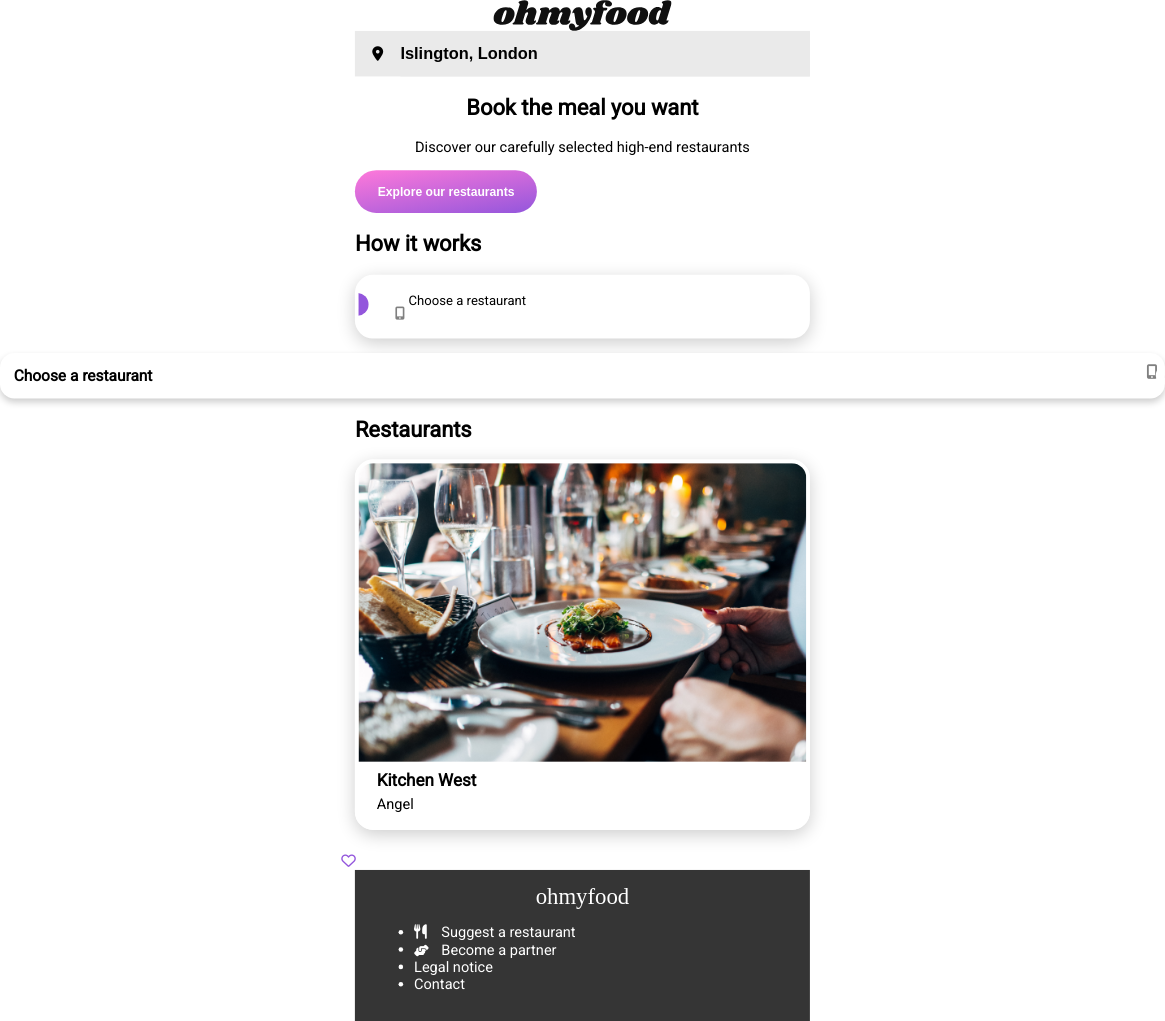
Repository: R1ptou/Project-3
Page: index.html
The author's editor kept a copy of each file at every save. The page is drawn from the files as they stood at one save, then again after the next save.
The browser window is 1280 px wide. The pictures show the whole page, at 91% of full size.
Some web fonts or font styles are not loaded; a fallback is used. The style sheet was rebuilt from its Sass, Less or Tailwind sources for each picture, by a compiler version that may differ from the author's.

Above is the page before, as saved 2024-03-24 19:52:26.

### index.html
<!DOCTYPE html>
<html lang="en">
<head>
    <meta charset="UTF-8">
    <meta name="viewport" content="width=device-width, initial-scale=1.0">
    <title>ohmyfood</title>
    <link rel="preconnect" href="https://fonts.googleapis.com">
    <link rel="preconnect" href="https://fonts.googleapis.com">
    <link rel="preconnect" href="https://fonts.gstatic.com" crossorigin>
    <link href="https://fonts.googleapis.com/css2?family=Roboto&family=Shrikhand&display=swap" rel="stylesheet">
    <link rel="stylesheet" href="https://cdnjs.cloudflare.com/ajax/libs/font-awesome/6.2.1/css/all.min.css"
        integrity="sha512-MV7K8+y+gLIBoVD59lQIYicR65iaqukzvf/nwasF0nqhPay5w/9lJmVM2hMDcnK1OnMGCdVK+iQrJ7lzPJQd1w=="
        crossorigin="anonymous" referrerpolicy="no-referrer">
    <link rel="stylesheet" href="./css/style.css">
</head>
<body>
<!-- Nav -->
    <div class="container">
        <div class="logo"> <!-- Logo -->
            <img  src="./Images%20and%20text%20Ohmyfood/images/logo/ohmyfood@2x.svg" alt="ohmyfood logo" >
        </div>
            <form class="search-bar"> <!-- Search bar -->
                <div class="icon-search"><i class="text-black fa-solid fa-location-dot"></i></div>
                <input class="input-search" value="Islington, London" type="text">
            </form>
        <div> <!-- Headline -->
            <h2 class="headline"><strong>Book the meal you want</strong></h2>
            <p class="headline">Discover our carefully selected high-end restaurants</p>
        </div>
            <button type="submit" class="button-search">Explore our restaurants</button> <!-- Submit button -->
    </div>

<!-- How it works -->
    <main>
        <section class="container">
            <h2>How it works</h2>
            <ol class="list-group numbered card card-rest">
                <li class="list-item">
                    <span class="icon-no">1</span>
                    <span class="icon-pic fa-solid fa-mobile-screen-button"></span>
                    <span class="card-text">Choose a restaurant</span>
                </li>
            </ol>
        </section>

        <div class="menu-item menu-item-1">
            <div class="menu-item__body">
                <h4 class="menu-item__heading">Choose a restaurant</h4>

            </div>
            <div class="menu-item__price icon-pic fa-solid fa-mobile-screen-button"></div>
            <div class="menu-item__checkmark">
                <i class="fas fa-check-circle fa-lg menu-item__checkmark-icon"></i>
            </div>
        </div>

<!-- Restaurants -->
        <section class="container">
            <h2>Restaurants</h2>

            <a href="#" class="card-rest">
                <img class="card-img" src="./Images%20and%20text%20Ohmyfood/images/restaurants/jay-wennington-N_Y88TWmGwA-unsplash.jpg" alt="">
                      <div class="card-content">
                        <h3 class="card-title">Kitchen West</h3>
                        <p class="card-subtitle">Angel</p>
                      </div>
            </a>
            <div class="heart">
                <span class="fa-solid fa-heart heart-icon heart-full"></span>
                <span class="fa-regular fa-heart heart-icon heart-empty"></span>

            </div>

        </section>

<!-- Header -->
<!-- Footer -->
<footer class="footer container">
    <div class="logo"> <!-- Logo -->
        <a href class="#top footer-logo" title="Back to top of the page" alt="Back to top of the page">ohmyfood</a>
     </div>
     <ul class="list">
        <li><a href="#"><span class="fa-solid fa-utensils footer-ico"></span>Suggest a restaurant</a></li>
        <li><a href="#"><i class="fa-solid fa-handshake-angle footer-ico ico-resize"></i>Become a partner</a></li>
        <li><a href="#">Legal notice</a></li>
        <li><a href="mailto:project3@ohmyfood.com" title="Email Us" alt="Email Us">Contact</a></li>
      </ul>
  </footer>
    </main>
</body>
</html>

### scss/style.scss
/****** General ***********/

@import "variables";
@import "base";
@import "list-group";
@import "card";
@import "button";

.container {
    max-width: 500px;
    margin: auto;
}


/****** Nav ***********/

/****** Logo ***********/

.logo {
    display: flex;
    justify-content: center;
}
/****** Search bar ***********/

.search-bar {
    display: flex;
    justify-content: center;
    background-color: $septenary-color;
}

.icon-search {
    display: flex;
    justify-content: center;
    align-items: center;
    width: 50px;
    height: 50px;
    flex-shrink: 0;
}

.input-search {
    display: flex;
    border-width: 0;
    border-style: none;
    width: 100%;
    padding: 0;
    font-weight: bold;
    font-size: 18px;
    background-color: $septenary-color;
    caret-color: $tertiary-color;
}
.input-search:focus {
    outline: none;
}

/****** Headline ***********/
.headline {
    display: flex;
    justify-content: center;
}

/****** How it works ***********/

.icon-pic {
    display: relative;
    background: none;
    color: grey;
    width: 20px;
    height: 20px;
    padding: 15px;
    flex-shrink: 0;
}

.icon-pic:hover {
    color: $primary-color;
}

.icon-no {
    position: absolute;
    margin:0 -39px;
    background: $primary-color;
    border-radius: 50%;
    border: none;
    font-size: 0.9rem;
    color: #fff;
    text-align: center;
    width: 25px;
    height: 25px;
    padding: 5px;
    flex-shrink: 0;
}

.menu-item {
	background: white;
	border-radius: 16px;
	box-shadow: 0 4px 8px 0 rgba(0,0,0,0.2);
	position: relative;
	overflow: hidden;
	cursor: pointer;
	display: flex;

	.menu-item__price {
		display: flex;
		align-items: center;
		padding: 20px;
	}

	&:hover {
		.menu-item__checkmark {
			width: 75px;
		}
		.menu-item__checkmark-icon {
			-webkit-transform: rotate(0deg);
			transform: rotate(0deg);
		}
	}

	.menu-item__body {
		width: 100%;
		padding: 15px;
		overflow: hidden;
		display: flex;
		flex-direction: column;

		.menu-item__content, .menu-item__heading {
			margin: 0;
			font-size: 15px;
			text-overflow: ellipsis;
			overflow: hidden;
			white-space: nowrap;
		}

		.menu-item__heading{
			font-size: 17px;
		}
	}

	.menu-item__checkmark {
		width: 0;
		background: blue;
		transition: width 1s;
		right: 0;
		top: 0;
		bottom: 0;
		flex-shrink: 0;
		display: flex;
		justify-content: center;
		align-items: center;
	}

	.menu-item__checkmark-icon {

		transition: transform 1s;
		color: white;
	}
}


/****** Restaurants ***********/

.heart {
    position: relative;
    display:inline-block;
    height: 24px;
    width: 24px;
    top: 10px;
    right: 15px;
}

.heart-icon {
    position: absolute;
    display: inline-block;
    height: 24px;
    width: 24px;
    color: $primary-color;
}

.heart-empty {
    transition: opacity 1s;
    opacity: 1;
}

.heart-full {
    transition: opacity 1s;
    opacity: 0;
    background-image: $gradient;
    background-clip: text;
    -webkit-background-clip: text;
    color: transparent;
}

.heart:hover .heart-full {
    opacity: 1;
}

.heart:hover .heart-empty {
    opacity: 0;
}

/****** Starters ***********/


/****** Mains ***********/


/****** Deserts ***********/


/****** Button ***********/

.btn {
    background-color: $primary-color;
}

/****** Label ***********/


/****** Icon ***********/


/****** Footer ***********/

.footer {
    background-color: $octonary-color;
    color: #fff;
    padding: 15px 25px;
}

.footer-logo {
    color: #fff;
    font-family: $primary-serif;
    font-size: 25px;
    margin: 0;
}

.footer a {
    color: #fff;
}

.footer-ico {
    width: 30px;
}

.ico-resize {
    font-size: 13px;
}

### scss/_variables.scss
    $primary-color: #9356DC; // button, badge, icon hover
    $secondary-color: #FF79DA; // button gradient
    $tertiary-color: #99E2D0; // element hue
    $quaternary-color: #008766; // badge font
    $quinary-color: #7E7E7E; // icons
    $senary-color: #F6F6F6; // background hue (off-white)
    $septenary-color: #EAEAEA; // form field background
    $octonary-color: #353535; // footer background

    $gradient: linear-gradient(-10deg, #9356DC, #FF79DA);
    $gradient-hover: linear-gradient(120deg, #9356DC, #FF79DA);

    $primary-sans-serif: "Roboto", sans-serif;
    $primary-serif: "Shrikhand", serif;

### scss/_base.scss
body {
    margin: 0;
    padding: 0;
    color: #000;
    font-family: $primary-sans-serif;
    }

::selection {
    color: #000;
    background: $tertiary-color;
    }

a {
    text-decoration: none;
    }

a, a:visited {
    color: inherit;
    }

a:hover, a:focus {
    color: $tertiary-color;
}

* {
    box-sizing: border-box;
    -moz-box-sizing: border-box;
    -webkit-box-sizing: border-box;
    }

*:focus {
    outline: $tertiary-color solid 2px;
}

*:visited {}

html {
    scroll-behavior: smooth;
  }

a[title]:hover::after {
    opacity: 1;
    transition: all 0.1s ease 0.3s;
    visibility: visible;
}

a[title]:after {
    content: attr(title);
    color: $tertiary-color;
    position: absolute;
    top: 10px;
    left: 105%;
    z-index: 100;
    white-space: nowrap;
    border: solid 1px;
    padding: 5px;
    font-family: $primary-sans-serif;
    font-size: 0.7rem;
    opacity: 0;
    visibility: hidden;
}
[title] {
    position: relative;
}

### scss/_list-group.scss
.numbered {
    list-style-type: none;
    counter-reset: section;
}

.list-group {
    list-style-type: none;
    padding: 0;
    display: flex;
    flex-direction: column;
    justify-content: space-between;
    align-items: start;
}
.list-item {
    display: flex;
    justify-content: space-between;
    align-items: flex-start;
    position: relative;
    box-sizing: border-box;
    list-style-type: none;
    text-decoration: none;
}

### scss/_card.scss
.card-group {
    display: flex;
    flex-wrap: wrap;
    padding: 16px 25px;
}

.card {
    display: flex;
    flex-direction: row;
    padding: 16px 25px;
    background: #fff;
    border-radius: 25px;
    box-shadow: 1px 3px 6px 0px rgba(0, 0, 255, .2);
    font: 0.9rem "Roboto", sans-serif;
    color: #000;
}

/****** Restaurants ***********/



.card-rest {
    margin-bottom: 1rem;
    display: flex;
    flex-direction: column;
    background-color: var(#F6F6F6);
    box-shadow: 0 5px 20px rgba(0,0,0,0.2);
    border-radius: 20px;
    overflow: hidden;
    border: 4px solid #fff;
}

.card-img {
    object-fit: cover;
    width: 100%;
}

.card-content {
    padding: 10px 20px;
}

.card-title {
    margin: 0;
}

.card-subtitle {
    margin: 5px 0;
}

### scss/_button.scss
/****** Submit button ***********/


.button-search{
    padding: 16px 25px;
    color: #fff;
    font-weight: bold;
    background: $gradient;
    border-radius: 25px;
    border: none;
    justify-content: center;
    //transition: all 0.5s ease-out;
}

.button-search:hover,
.button-search:focus {
    background: $gradient-hover;
    outline: none;
    cursor: pointer;
    content:"";
    left: 120%;
}

After the next save:
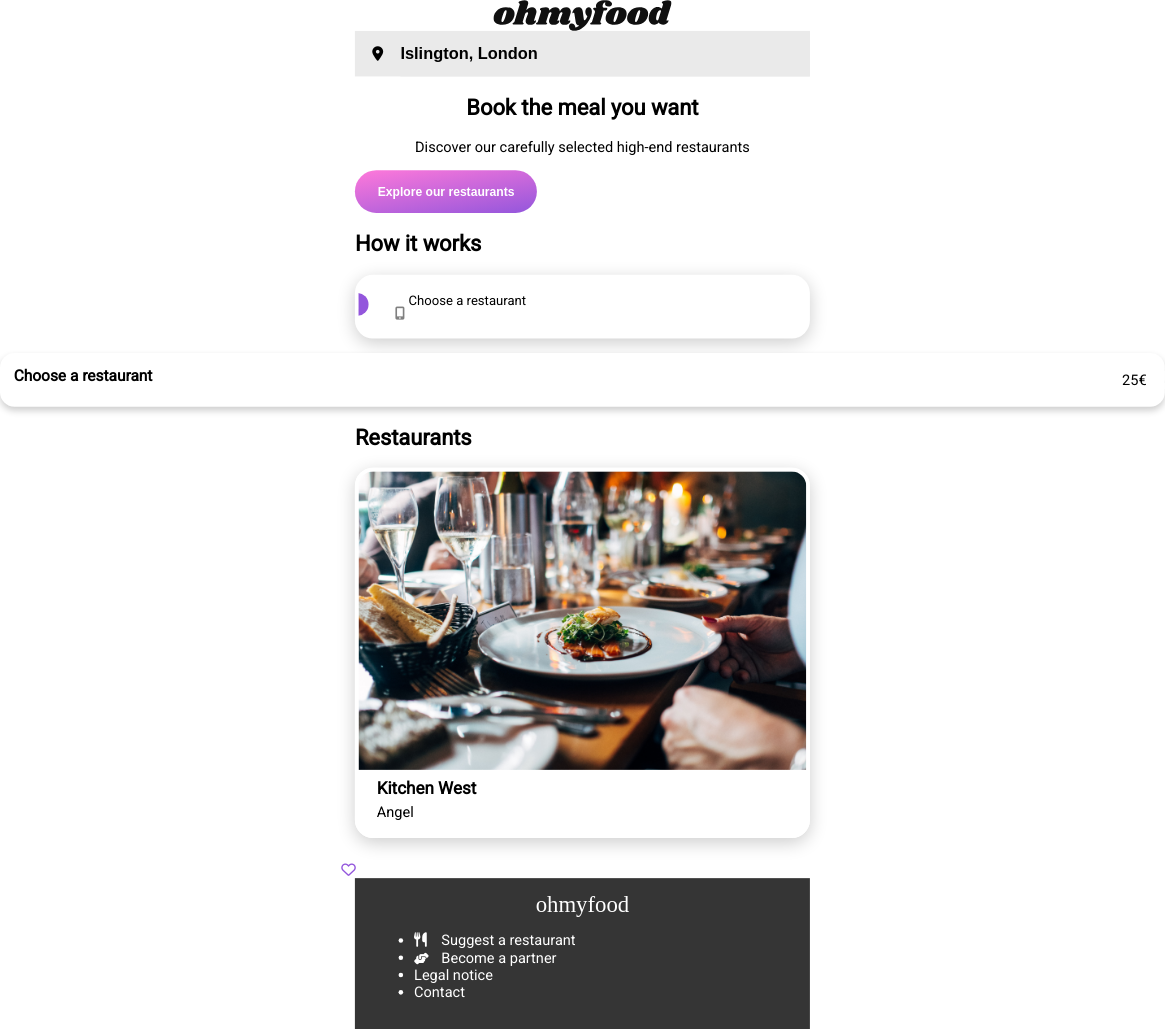
Saved 37 s later.
--- a/index.html
+++ b/index.html
@@ -48,7 +48,7 @@
                 <h4 class="menu-item__heading">Choose a restaurant</h4>
 
             </div>
-            <div class="menu-item__price icon-pic fa-solid fa-mobile-screen-button"></div>
+            <div class="menu-item__price ">25€</div>
             <div class="menu-item__checkmark">
                 <i class="fas fa-check-circle fa-lg menu-item__checkmark-icon"></i>
             </div>
